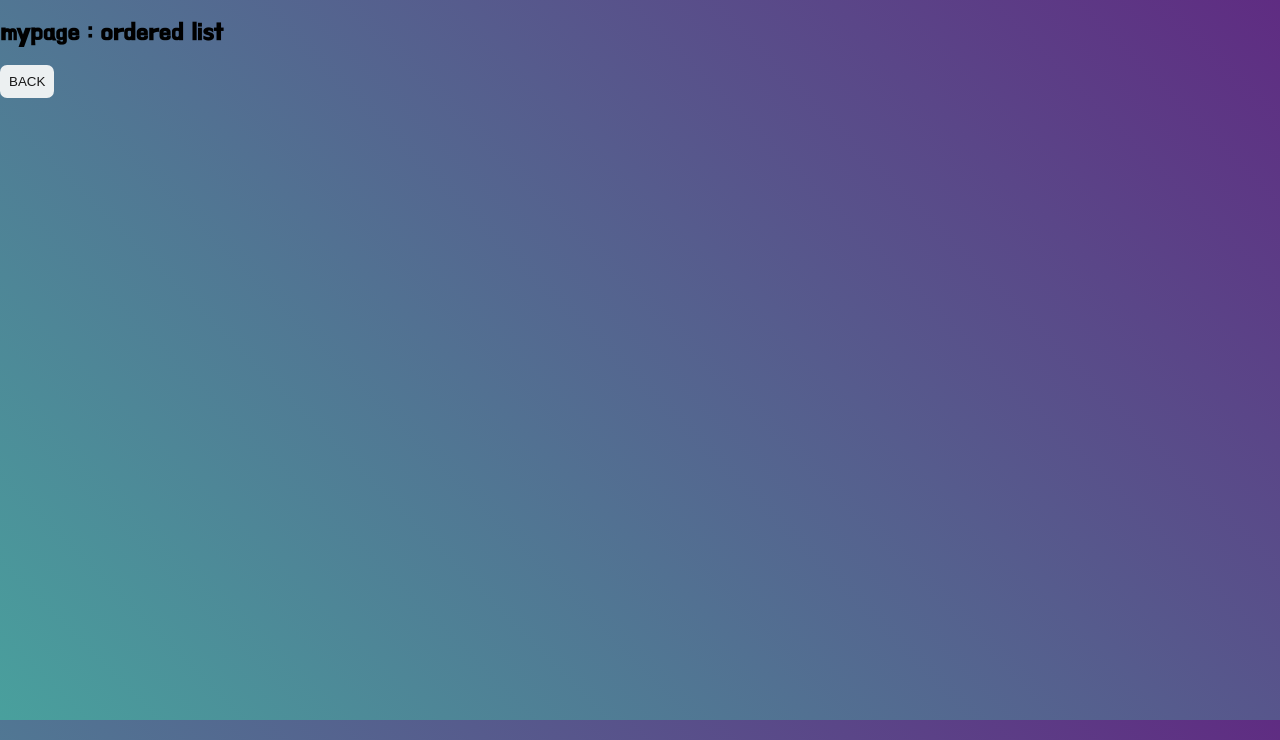
Repository: MIR013/KNU_DB_Project_Team5
Page: http://localhost/Databaase/my_page_order.jsp
An editor plug-in stored every save of this project. The page is shown before and after the next save, followed by the edit.
The browser window is 1280 px wide. The pictures show the whole page.
The page is served by Tomcat 9. Nobody is signed in. The application's start-up code is not run. Queries for data that is not in the repository find no rows.

Above is the page before, as saved 2018-11-22 11:03:04.

### dbphase/Databaase/WebContent/my_page_order.jsp
<%@ page language="java" contentType="text/html; charset=UTF-8"
    pageEncoding="UTF-8"%>
<%@ page language="java" import="java.text.*,java.sql.*" %>
<!DOCTYPE html>
<html>
<head>
<link rel='stylesheet' type='text/css' href='mystyle.css'>
<meta charset="UTF-8">
<title>Insert title here</title>
</head>
<body>
<h2>mypage : ordered list</h2>

<%
String serverIP = "localhost";
String dbName = "phase2";
String portNum = "3306";
String url = "jdbc:mysql://" + serverIP + ":" + portNum + "/" + dbName;
String user = "knu";
String pass = "comp322";
Connection conn = null;

Class.forName("com.mysql.jdbc.Driver");
conn = DriverManager.getConnection(url,user,pass);
PreparedStatement pstmt;
ResultSet rs;
ResultSetMetaData rsmd;
int cnt;
String query;
conn.setAutoCommit(false);
%>


<%
	String cid = (String)session.getAttribute("signedUser");
	query = "SELECT Order_no FROM ORDERS WHERE Customer_id = '"+cid+"'";
	pstmt = conn.prepareStatement(query);
	rs = pstmt.executeQuery();
	out.print("<table border=\"1\">");

	int before = -1;
	while(rs.next()){
		int ono = rs.getInt(1);

		if(before == ono) continue;

		before = ono;
		String newquery = "SELECT Order_date, Item_id, Item_num FROM ORDERS WHERE Customer_id = '"+cid+"' AND Order_no = "+ono;
		ResultSet rs2;
		pstmt = conn.prepareStatement(newquery);
		rs2 = pstmt.executeQuery();

		out.println("<th> Order_no </th>");
		out.println("<th> Order_date </th>");
		out.println("<th> Item_id </th>");
		out.println("<th> Item_num </th>");

		out.print("<tr>");
		out.print("<td>"+ono+"</td>");
		int first = 0;
		while(rs2.next()){
			if(first!=0)	out.print("<td> </td>");
			SimpleDateFormat sdfDate = new SimpleDateFormat("yyyy-MM-dd");
			Date odate = rs2.getDate(1);
			String sodate = sdfDate.format(odate);
			out.print("<td>"+sodate+"</td>");
			String iid = rs2.getString(2);
			out.print("<td>"+iid+"</td>");
			int inum = rs2.getInt(3);
			out.print("<td>"+inum+"</td>");
			out.print("</tr>");
			first++;
		}
		first = 0;

	}
	out.print("</table>");

%>

<%
String nextpage = "<form action=\"my_page.html\" method=\"POST\">" +
			"<input type=\"submit\" value=\"BACK\"/>" +
			"</form>";
out.print(nextpage);
%>
</body>
</html>

### dbphase/Databaase/WebContent/mystyle.css


@font-face{
	font-family:"hanna";
	src:url("hanna.ttf")format("truetype");
}




input {
   /* width: 18%;*/
    text-align: center;

    padding: 1ex;
    border: 2px solid #ECF0F1;
    transition: border ease 500ms;
    border-radius: 1ex;
    background: #ECF0F1;
    color: #181818;

    &:focus {
      outline: none;
      border: 2px solid #3498DB;
    }

    &:not(:last-child) {
      margin-bottom: 1ex;
    }
}
button {
   color: white;
   border: 2px solid #3498DB;
   background: #3498DB;
}

html,
body {
	height: 100%;
}


body {
	margin: 0;
	background: linear-gradient(45deg, #49a09d, #5f2c82);
	font-family: hanna;
	font-weight: 100;
}

.container {
	position: absolute;
	top: 50%;
	left: 50%;
	transform: translate(-50%, -50%);
}

table {
	/*width: 800px;*/
	border-collapse: collapse;
	overflow: hidden;
	box-shadow: 0 0 20px rgba(0,0,0,0.1);
}

th,
td {
	white-space:nowrap;
	text-align: center;
	padding: 15px;
	background-color: rgba(255,255,255,0.2);
	color: #fff;
	margin-left: auto; margin-right: auto;
}

th {
	text-align: center;
}

thead {
	th {
		background-color: #55608f;
	}
}

tbody {
	tr {
		&:hover {
			background-color: rgba(255,255,255,0.3);
		}
	}
	td {
		position: relative;
		&:hover {
			&:before {
				content: "";
				position: absolute;
				left: 0;
				right: 0;
				top: -9999px;
				bottom: -9999px;
				background-color: rgba(255,255,255,0.2);
				z-index: -1;
			}
		}
	}
}

After the next save:
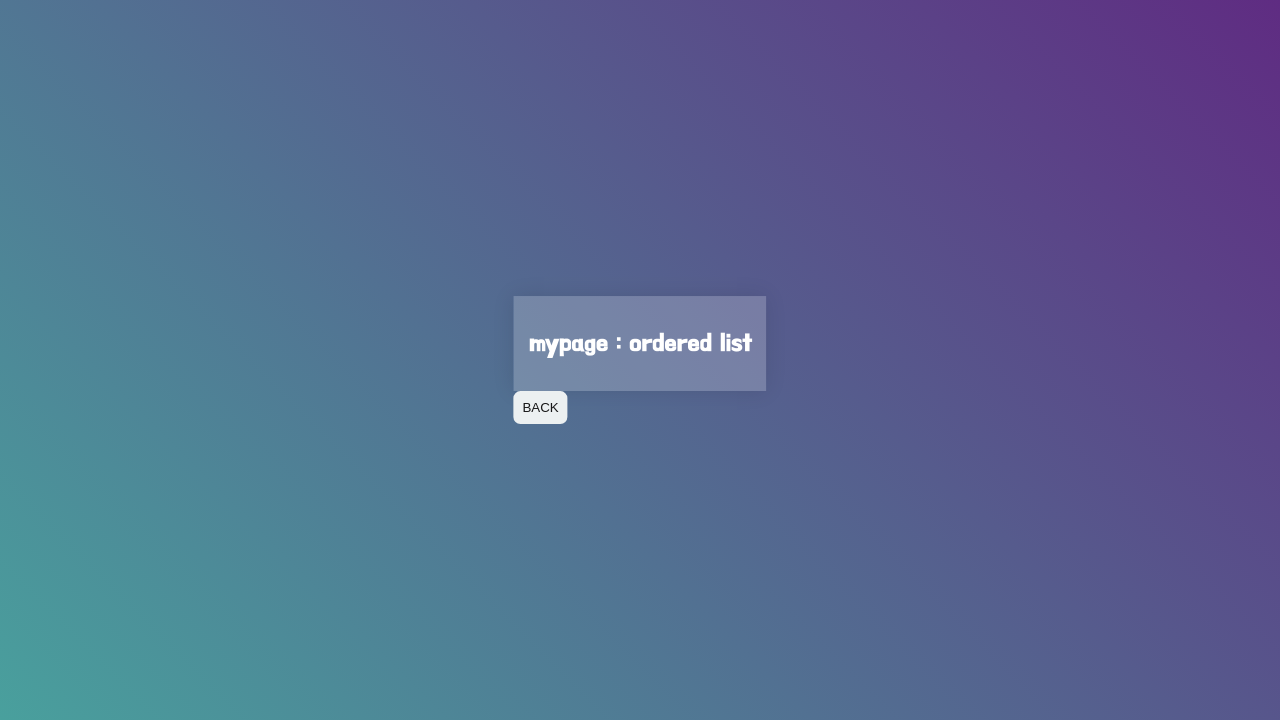
Saved 80 s later.
--- a/dbphase/Databaase/WebContent/my_page_order.jsp
+++ b/dbphase/Databaase/WebContent/my_page_order.jsp
@@ -9,7 +9,6 @@
 <title>Insert title here</title>
 </head>
 <body>
-<h2>mypage : ordered list</h2>
 
 <%
 String serverIP = "localhost";
@@ -36,6 +35,7 @@ conn.setAutoCommit(false);
 	query = "SELECT Order_no FROM ORDERS WHERE Customer_id = '"+cid+"'";
 	pstmt = conn.prepareStatement(query);
 	rs = pstmt.executeQuery();
+	out.print("<div class=\"container\"><table> <tr><th><h2>mypage : ordered list</h2></th></tr>");
 	out.print("<table border=\"1\">");
 
 	int before = -1;
